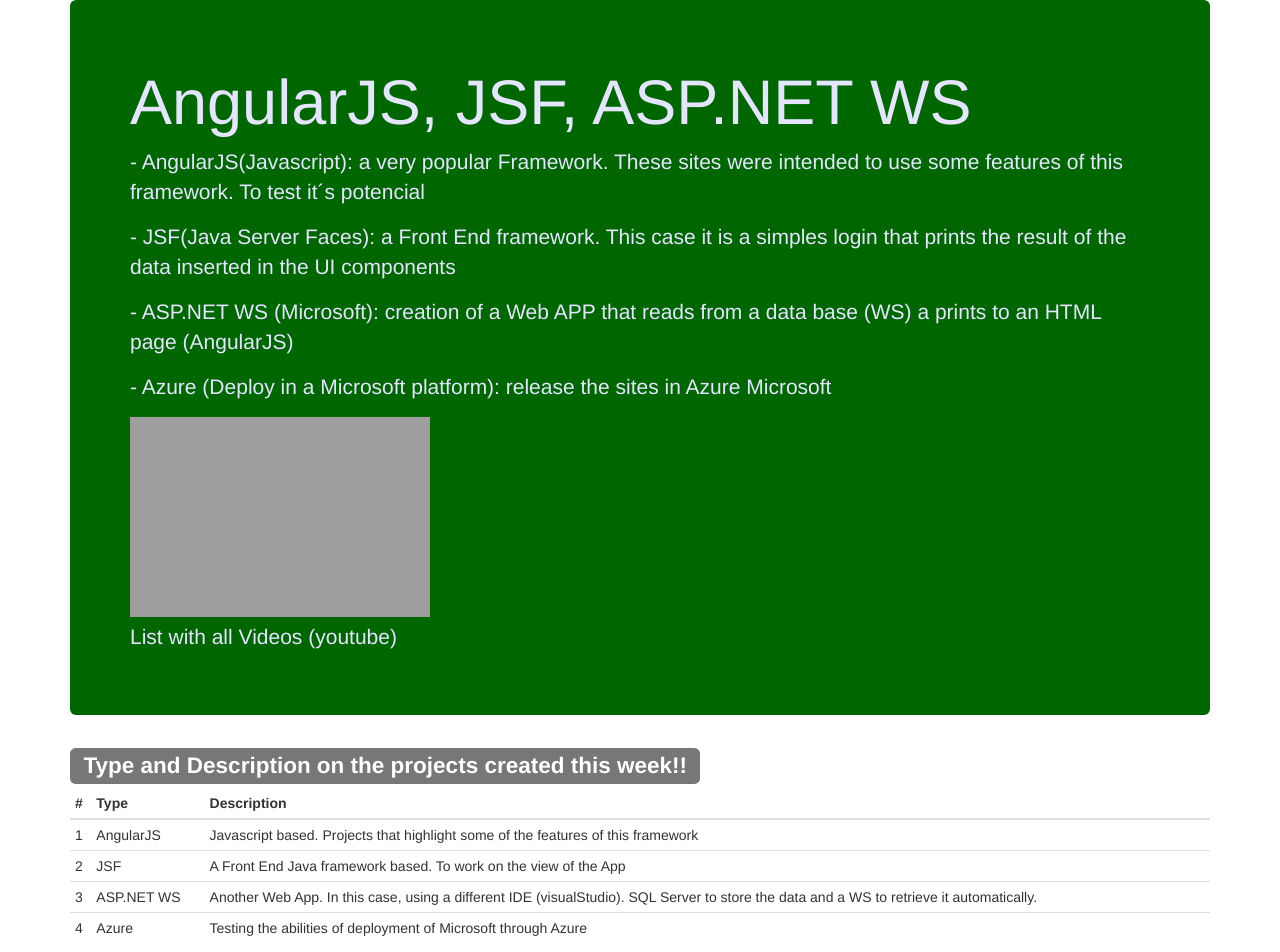
Repository: atafs/Deploy_GoogleAppEngine_webAPPS
Page: Project_002_Deploy_americotomasLIB/war/index.html
An editor plug-in stored every save of this project. The page is shown before and after the next save, followed by the edit.
The browser window is 1280 px wide. The pictures show the part of the page from y = 0 to 952 px (the page is 2904 px tall).
Pictures or frames that could not be fetched are drawn as grey boxes.

Above is the page before, as saved 2016-03-14 02:29:12.
Console error (its wording comes from the project's code and is left out).

After the next save:
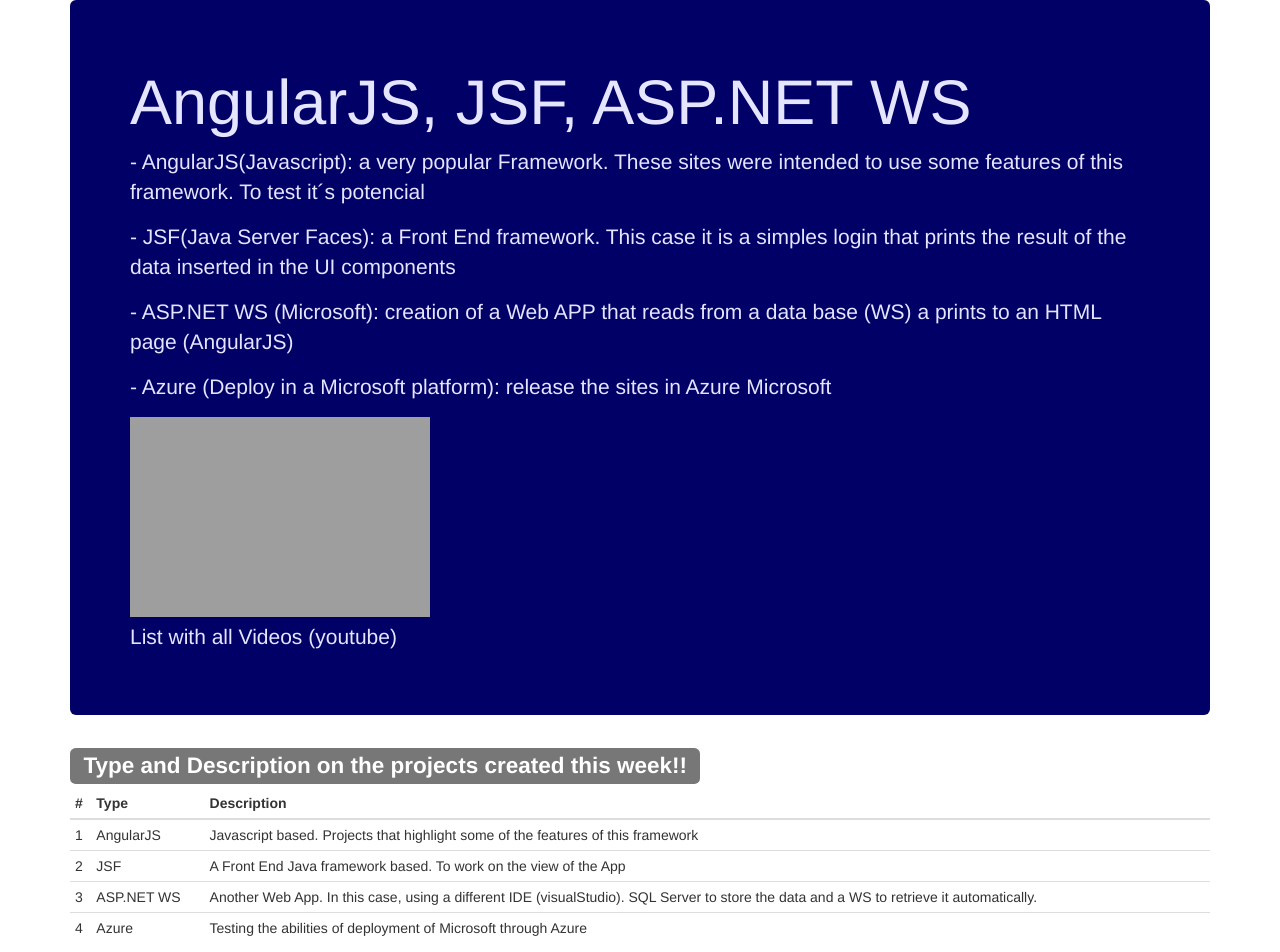
Saved 115 s later.
--- a/Project_002_Deploy_americotomasLIB/war/index.html
+++ b/Project_002_Deploy_americotomasLIB/war/index.html
@@ -15,7 +15,7 @@
 <body role="document">
 	<div class="container theme-showcase" role="main">
 		<!-- Main jumbotron for a primary marketing message or call to action -->
-		<div style="background-color: #006600; color: #e5e5ff" class="jumbotron">
+		<div style="background-color: #000066; color: #e5e5ff" class="jumbotron">
 			<h1>AngularJS, JSF, ASP.NET WS</h1>
 			<p>- AngularJS(Javascript): a very popular Framework. These sites were intended to use some features of this framework. To test it´s potencial</p>
 			<p>- JSF(Java Server Faces): a Front End framework. This case it is a simples login that prints the result of the data inserted in the UI components</p>
